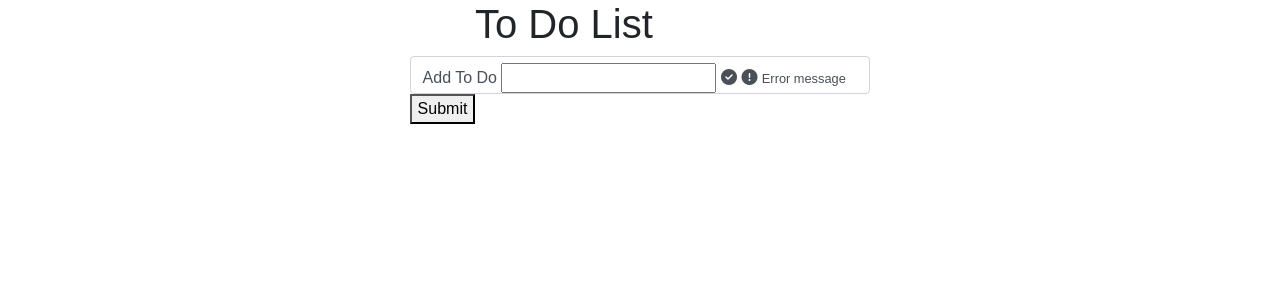
Repository: skepp4rn/todolist
Page: index.html
The author's editor kept a copy of each file at every save. The page is drawn from the files as they stood at one save, then again after the next save.
The browser window is 1280 px wide. The pictures show the whole page.
The page's requests for data from a server got no answer. Some web libraries are served in a nearby version.

Above is the page before, as saved 2021-01-28 11:32:19.

After the next save:
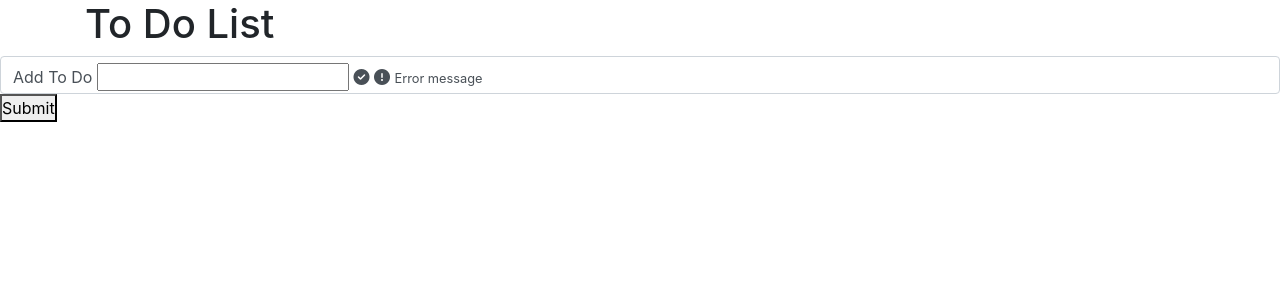
Saved 92 s later.
--- a/css/style.css
+++ b/css/style.css
@@ -1,11 +1,5 @@
-html, body {
-    width: 60%;
-    margin: auto;
-    font-family: Arial, Helvetica, sans-serif;
+*{
+    box-sizing: border-box;
+    margin: 0;
+    padding: 0;
 }
-
-.container {
-    width: 360px;
-}
-
-.inputField
